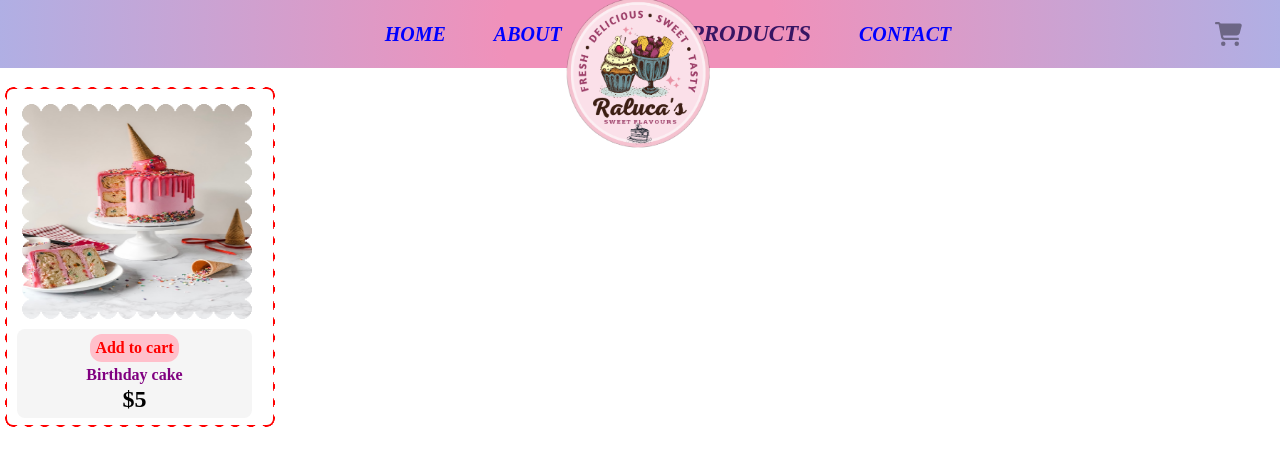
Repository: RalucaZota/cakeshop
Page: /products
The author's editor kept a copy of each file at every save. The page is drawn from the files as they stood at one save, then again after the next save.
The browser window is 1280 px wide. The pictures show the whole page.
The project was rebuilt for these pictures with package versions that can differ from the ones it lists, and the page was loaded fresh each time. Also part of the build but not shown: vite.config.js, src/components/FavoriteProduct.vue, src/views/Home.vue, src/views/About.vue, src/views/Contact.vue.

Above is the page before, as saved 2023-06-10 19:28:24.

After the next save:
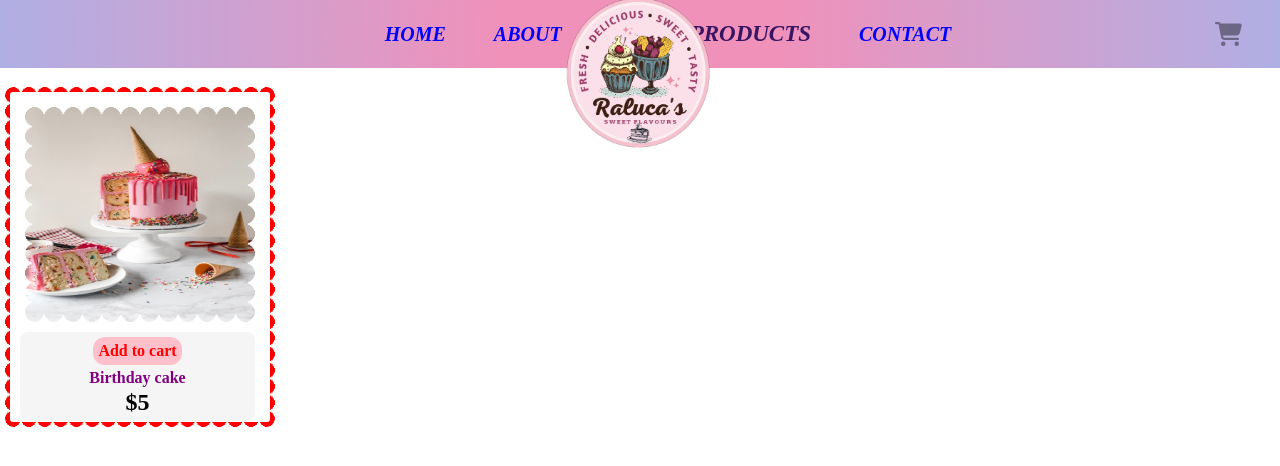
Saved 5 s later.
--- a/src/styles/ProductItem.scss
+++ b/src/styles/ProductItem.scss
@@ -1,7 +1,7 @@
 .product-item{
     background-color: transparent;
     border-radius: 8px;
-    border: 2px solid  red;
+    border: 5px solid  red;
     --mask:
     linear-gradient(#000 0 0) 50%/calc(100% - 14.80px) calc(100% - 14.80px) no-repeat,
     radial-gradient(farthest-side,#000 98%,#0000) 0 0/16px 16px round;
